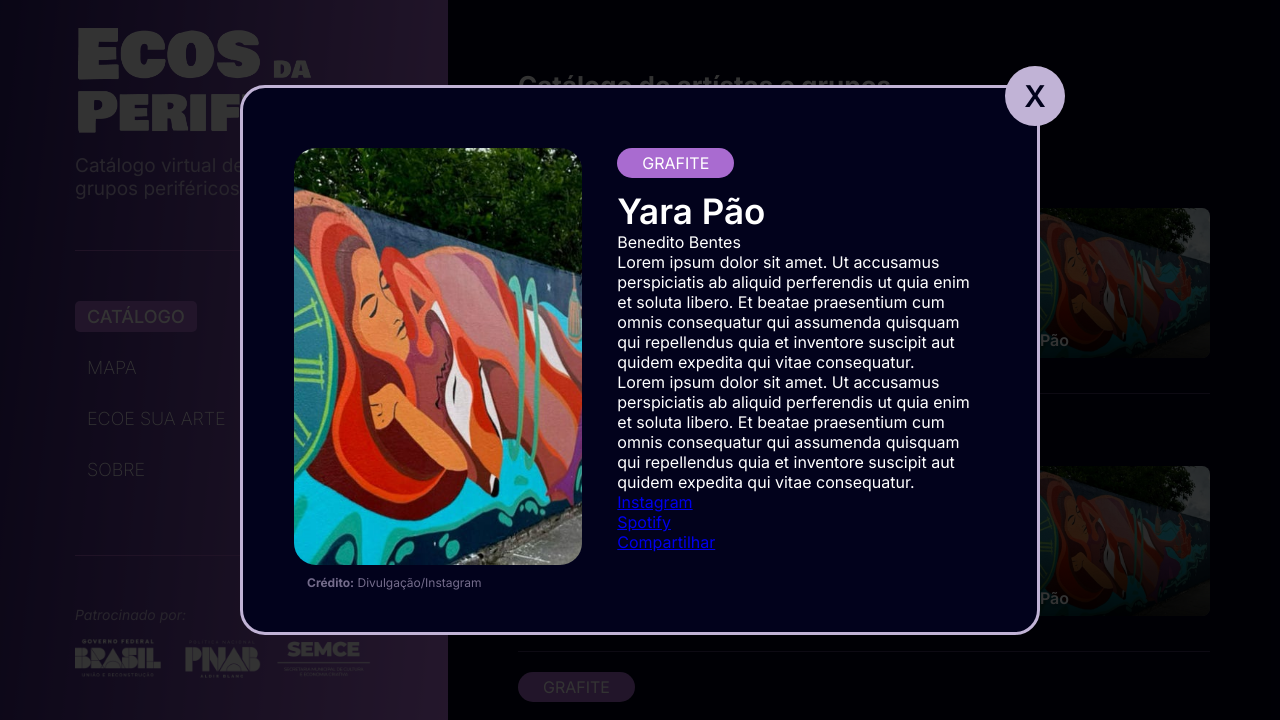
Repository: lucasthaynan/ecos-da-periferia
Page: index.html
These files come from the project's save history. The page is drawn as it stood at one moment and after the next save; the edit follows.
The browser window is 1280 px wide. The pictures show the whole page.
An inner scrolling area shows only its first screen.

Above is the page before, as saved 2025-11-11 23:06:35.

### index.html
<!DOCTYPE html>
<html lang="pt-BR">

<head>
    <meta charset="UTF-8">
    <meta name="viewport" content="width=device-width, initial-scale=1.0">
    <link rel="stylesheet" href="style.css?v=1.0">
    <title>Ecos da Periferia</title>
</head>

<body>

    <header class="left">
        <div class="container">
            <img class="logo-ecos" src="./imagens/logo-ecos-da-periferia.png" alt="" srcset="">
            <h2>Catálogo virtual de artistas e grupos periféricos de Maceió</h2>
            <div class="line"></div>
            <div class="menu">
                <div class="btn catalogo active">Catálogo</div>
                <div class="btn mapa">Mapa</div>
                <div class="btn inscricao">Ecoe sua arte</div>
                <div class="btn sobre">Sobre</div>
            </div>
            <div class="line"></div>
            <div class="logos">
                <p>Patrocinado por:</p>
                <div class="list-logos">
                    <img src="./imagens/logos.png" alt="" srcset="">
                </div>
            </div>
        </div>
    </header>

    <section class="catalogo">
        <h3>Catálogo de artístas e grupos</h3>
        <div class="container-grupos hiphop">
            <div class="chapeu">Hip hop</div>
            <div class="lista">
                <div class="artista-1">
                    <img src="./imagens/yara-pao.jpg" alt="" srcset="">
                    <p class="nome">Yara Pão</p>
                </div>
                <div class="artista-2">
                    <img src="./imagens/yara-pao.jpg" alt="" srcset="">
                    <p class="nome">Yara Pão</p>
                </div>
                <div class="artista-3">
                    <img src="./imagens/yara-pao.jpg" alt="" srcset="">
                    <p class="nome">Yara Pão</p>
                </div>

            </div>
        </div>


        <div class="container-grupos grafite">
            <div class="chapeu">Grafite</div>
            <div class="lista">
                <div class="artista-4">
                    <img src="./imagens/yara-pao.jpg" alt="" srcset="">
                    <p class="nome">Yara Pão</p>
                </div>
                <div class="artista-5">
                    <img src="./imagens/yara-pao.jpg" alt="" srcset="">
                    <p class="nome">Yara Pão</p>
                </div>
                <div class="artista-6">
                    <img src="./imagens/yara-pao.jpg" alt="" srcset="">
                    <p class="nome">Yara Pão</p>
                </div>

            </div>
        </div>

        <div class="container-grupos grafite">
            <div class="chapeu">Grafite</div>
            <div class="lista">
                <div class="artista-4">
                    <img src="./imagens/yara-pao.jpg" alt="" srcset="">
                    <p class="nome">Yara Pão</p>
                </div>
                <div class="artista-5">
                    <img src="./imagens/yara-pao.jpg" alt="" srcset="">
                    <p class="nome">Yara Pão</p>
                </div>
                <div class="artista-6">
                    <img src="./imagens/yara-pao.jpg" alt="" srcset="">
                    <p class="nome">Yara Pão</p>
                </div>

            </div>
        </div>

        <div class="container-grupos grafite">
            <div class="chapeu">Grafite</div>
            <div class="lista">
                <div class="artista-4">
                    <img src="./imagens/yara-pao.jpg" alt="" srcset="">
                    <p class="nome">Yara Pão</p>
                </div>
                <div class="artista-5">
                    <img src="./imagens/yara-pao.jpg" alt="" srcset="">
                    <p class="nome">Yara Pão</p>
                </div>
                <div class="artista-6">
                    <img src="./imagens/yara-pao.jpg" alt="" srcset="">
                    <p class="nome">Yara Pão</p>
                </div>

            </div>
        </div>



    </section>

    <section class="sobre">
        <h3>Sobre</h3>
        <div class="texto-sobre">
            <p>Lorem ipsum dolor sit amet. Ut accusamus perspiciatis ab aliquid perferendis ut quia enim et soluta libero. Et beatae praesentium cum omnis consequatur qui assumenda quisquam qui repellendus quia et inventore suscipit aut quidem expedita qui vitae consequatur.</p>
            <p>Lorem ipsum dolor sit amet. Ut accusamus perspiciatis ab aliquid perferendis ut quia enim et soluta libero. Et beatae praesentium cum omnis consequatur qui assumenda quisquam qui repellendus quia et inventore suscipit aut quidem expedita qui vitae consequatur.</p>
            <p>Lorem ipsum dolor sit amet. Ut accusamus perspiciatis ab aliquid perferendis ut quia enim et soluta libero. Et beatae praesentium cum omnis consequatur qui assumenda quisquam qui repellendus quia et inventore suscipit aut quidem expedita qui vitae consequatur.</p>
        </div>

    </section>

    <section class="inscricao">
        <h3>Ecoe sua arte</h3>
        <div class="texto-sobre">
            <p>Faça sua inscrição</p>
        </div>

    </section>

    <section class="mapa">
        <h3>Mapeamentos dos grupos e artistas</h3>
        <div class="texto-sobre">
            <p>Mapa</p>
        </div>

    </section>

    <div class="popup">
        <div class="container">
            <div class="btn-close">X</div>
            <div class="imagem">
                <div class="container-foto">
                    <img src="./imagens/yara-pao.jpg" alt="">
                </div>
                <p class="credito"><strong>Crédito:</strong> Divulgação/Instagram</p>
            </div>
            <div class="infos">
                <div class="chapeu">Grafite</div>
                <p class="nome">Yara Pão</p>
                <p class="bairro">Benedito Bentes</p>
                <div class="biografia">
                    <p>Lorem ipsum dolor sit amet. Ut accusamus perspiciatis ab aliquid perferendis ut quia enim et soluta libero. Et beatae praesentium cum omnis consequatur qui assumenda quisquam qui repellendus quia et inventore suscipit aut quidem expedita qui vitae consequatur.</p>
                    <p>Lorem ipsum dolor sit amet. Ut accusamus perspiciatis ab aliquid perferendis ut quia enim et soluta libero. Et beatae praesentium cum omnis consequatur qui assumenda quisquam qui repellendus quia et inventore suscipit aut quidem expedita qui vitae consequatur.</p>
                </div>
                <div class="redes-sociais">
                    <a href="http://"><p class="instagram">Instagram</p></a>
                    <a href="http://"><p class="spotify">Spotify</p></a>
                    <a href="http://"><p class="compartilhar">Compartilhar</p></a>
                </div>

            </div>
        </div>
    </div>

    <script src="main.js?v=1.0"></script>

</body>

</html>

### style.css
@import url('https://fonts.googleapis.com/css2?family=Inter:ital,opsz,wght@0,14..32,100..900;1,14..32,100..900&family=Lato:ital,wght@0,100;0,300;0,400;0,700;0,900;1,100;1,300;1,400;1,700;1,900&family=Poppins:ital,wght@0,100;0,200;0,300;0,400;0,500;0,600;0,700;0,800;0,900;1,100;1,200;1,300;1,400;1,500;1,600;1,700;1,800;1,900&family=Raleway:ital,wght@0,100..900;1,100..900&display=swap');

:root {
    --bg-page: #02021C;
    --bg-menu: linear-gradient(40deg, #311E6D, #C17AE4);
    --font-color: #C1B3D6;
}

* {
    margin: 0;
    padding: 0;
    box-sizing: border-box;
}

body {
    background-color: var(--bg-page);
    font-family: "Inter", sans-serif;
    font-weight: 400;
    font-style: normal;
    color: #ffffff;
    display: flex;
    width: 100vw;
    height: 100vh;
    justify-content: space-between;
    align-items: center
}

img {
    width: 40px;
    height: auto;
}



header {
    width: 35vw;
    max-width: 500px;
    height: 100vh;
    /* border: #C17AE4 solid 1px; */
    background: linear-gradient(96deg, #311E6D 00%, #C17AE4 110%);
    display: flex;
    flex-direction: column;
    justify-content: center;
    padding: 75px;
}

section {
    width: 65vw;
    height: 100vh;
    padding: 70px;
    display: flex;
    flex-direction: column;
    gap: 30px;
    overflow: auto;
}

section.catalogo {
    display: flex;
}

section.sobre {
    display: none;
}

section.mapa {
    display: none;
}

section.inscricao {
    display: none;
}

section.sobre h3,
section.inscricao h3 {
    margin-top: 50px;
    font-size: 35px;
}

section.sobre .texto-sobre {
    max-width: 600px;
    display: flex;
    flex-direction: column;
    gap: 20px;
}

section.sobre .texto-sobre p {
    font-size: 20px;
    line-height: 32px;
    font-weight: 300;
    color: var(--font-color);

}

img.logo-ecos {
    width: 100%;
    max-width: 300px;
}

h2 {
    font-size: 19px;
    font-weight: 400;
    color: var(--font-color);
}

div.line {
    border-top: 1px solid #9f62bd;
    margin: 50px 0;
}

div.menu {
    display: flex;
    flex-direction: column;
    gap: 20px;
    margin-bottom: 70px;
}

div.menu div.btn {
    text-transform: uppercase;
    cursor: pointer;
    width: fit-content;
    padding: 5px 12px;
    border-radius: 5px;
    font-weight: 200;
    font-size: 18px;
    transition: all 0.2s;
}


div.menu div.btn.active {
    background-color: #A96BD0;
    font-weight: 500;
}

div.menu div.btn:hover {
    background-color: #A96BD0;
}

.logos p {
    font-style: italic;
    color: var(--font-color);
    font-size: 14px;
}

.logos img {
    width: 100%;
    max-width: 380px;
}

h3 {
    font-size: 26px;
}

div.container-grupos {
    display: flex;
    flex-direction: column;
    gap: 10px;
    padding-top: 20px;
    margin-top: 5px;
}

div.container-grupos.grafite {
    border-top: 1px solid #40365f;
}


div.container-grupos .lista {
    display: flex;
    flex-direction: row;
    gap: 18px;
}

div.chapeu {
    padding: 5px 25px;
    background-color: #A96BD0;
    width: fit-content;
    text-transform: uppercase;
    border-radius: 15px;
    margin-bottom: 12px;
}

div.lista {
  display: flex;
  gap: 15px;
}

div.lista > div {
  position: relative;
  width: 220px;
  height: 150px;
  overflow: hidden;
  border-radius: 8px;
  cursor: pointer;
}

div.lista > div img {
  width: 100%;
  height: 100%;
  object-fit: cover;
  transition: transform 0.4s ease;
}

/* Zoom leve no hover */
div.lista > div:hover img {
  transform: scale(1.08);
}

/* Degradê preto suave na parte inferior */
div.lista > div::after {
  content: "";
  position: absolute;
  bottom: 0;
  left: 0;
  width: 100%;
  height: 50%;
  background: linear-gradient(to top, rgba(0,0,0,0.7), rgba(0,0,0,0));
  pointer-events: none;
}

/* Nome sobreposto à imagem */
div.lista > div .nome {
  position: absolute;
  bottom: 8px;
  left: 10px;
  right: 10px;
  color: #fff;
  font-weight: 600;
  font-size: 16px;
  z-index: 2;
  text-shadow: 0 2px 4px rgba(0,0,0,0.5);
  margin: 0;
}


div.popup {
    position: absolute;
    width: 100vw;
    height: 100vh;
    background-color: #000000cc;
    display: flex;
    flex-direction: column;
    justify-content: center;
    align-items: center;;
    z-index: 100;
}

div.popup .container {
    width: 800px;
    height: 550px;
    background-color: var(--bg-page);
    padding: 60px 60px 60px 20px;
    border-radius: 25px;
    border: 3.5px solid #C1B3D6;
    display: flex;
    justify-content: flex-start;
    align-items: flex-start;
    flex-direction: row;
}

div.popup .container .btn-close {
    position: relative;
    width: 20px;
    height: 20px;
    background-color: #C1B3D6;
    display: flex;
    align-items: center;
    justify-content: center;
    font-size: 30px;
    padding: 30px;
    font-weight: 600;
    color: var(--bg-page);
    border-radius: 50px;
    cursor: pointer;
    right: -742px;
    top: -82.1px;
}

div.popup .container .imagem {
    width: 45%;
    left: -29px;
    position: relative;
}

div.popup .container .infos {
    width: 55%;
}


div.popup .container .imagem .container-foto {
    position: relative;
    width: 288px;
    height: 417px;
    overflow: hidden;
    border-radius: 22px;
    margin-bottom: 10px;

}

div.popup .container .imagem .container-foto img {
    width: 100%;
    height: 100%;
    object-fit: cover;
    transition: transform 0.4s ease;
}

div.popup p.credito {
    font-size: 12px;
    color: var(--font-color);
    margin-left: 13px;
    opacity: 0.6;
}

div.popup p.nome{
    font-size: 35px;
    font-weight: 600;

}

### main.js
document.querySelectorAll("div.menu .btn").forEach((btn) => {
  btn.addEventListener("click", (e) => {
    // Remove 'active' de todos os botões
    document
      .querySelectorAll("div.menu .btn")
      .forEach((b) => b.classList.remove("active"));

    // Esconde todas as seções
    document
      .querySelectorAll("section")
      .forEach((s) => (s.style.display = "none"));

    // Botão clicado
    const el = e.currentTarget;
    el.classList.add("active");

    // Mostra apenas a seção correspondente à classe do botão
    if (el.classList.contains("catalogo")) {
      document.querySelector("section.catalogo").style.display = "flex";
    }
    if (el.classList.contains("sobre")) {
      document.querySelector("section.sobre").style.display = "flex";
    }
    if (el.classList.contains("inscricao")) {
      document.querySelector("section.inscricao").style.display = "flex";
    }
    if (el.classList.contains("mapa")) {
      document.querySelector("section.mapa").style.display = "flex";
    }
  });
});

After the next save:
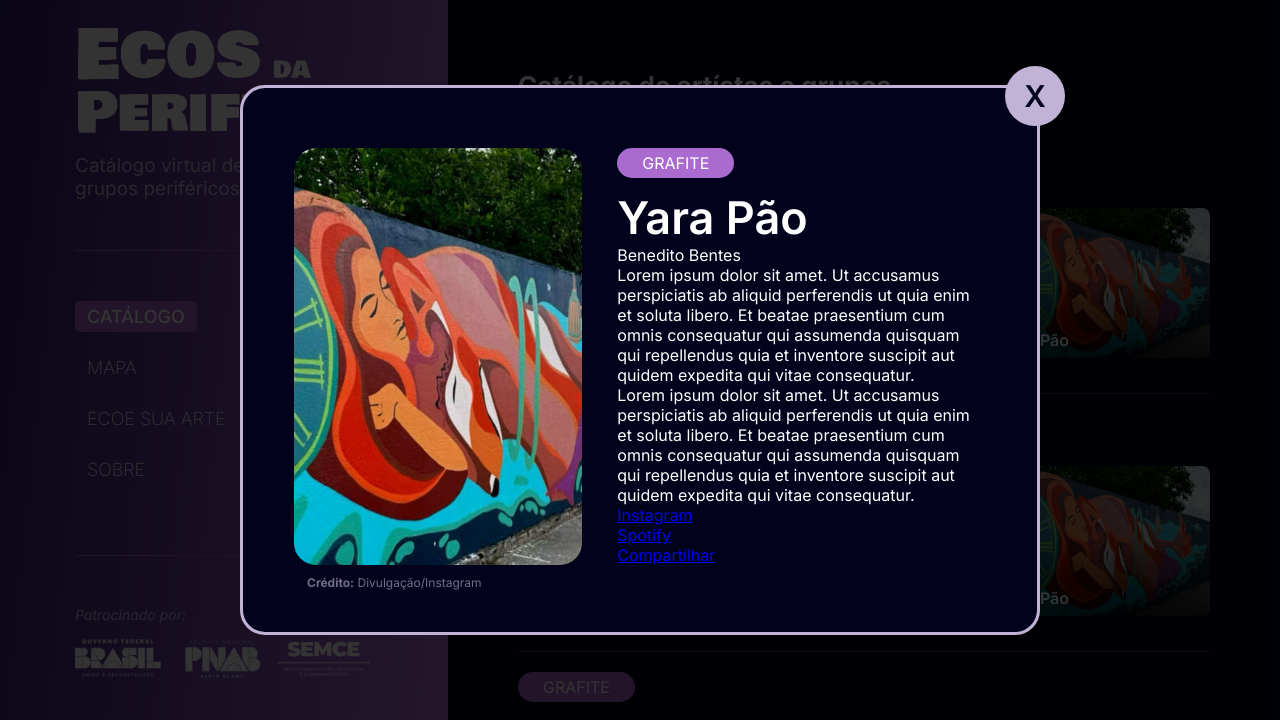
Saved 10 s later.
--- a/style.css
+++ b/style.css
@@ -310,7 +310,7 @@
 }
 
 div.popup p.nome{
-    font-size: 35px;
+    font-size: 45px;
     font-weight: 600;
 
 }
